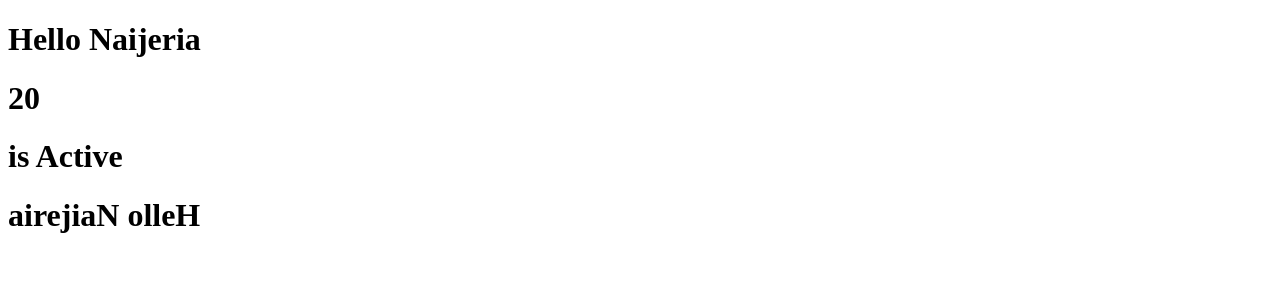
Repository: nashthecoder/vuebasics
Page: index.html
An editor plug-in stored every save of this project. The page is shown before and after the next save, followed by the edit.
The browser window is 1280 px wide. The pictures show the whole page.

Above is the page before, as saved 2021-01-05 15:26:17.

After the next save:
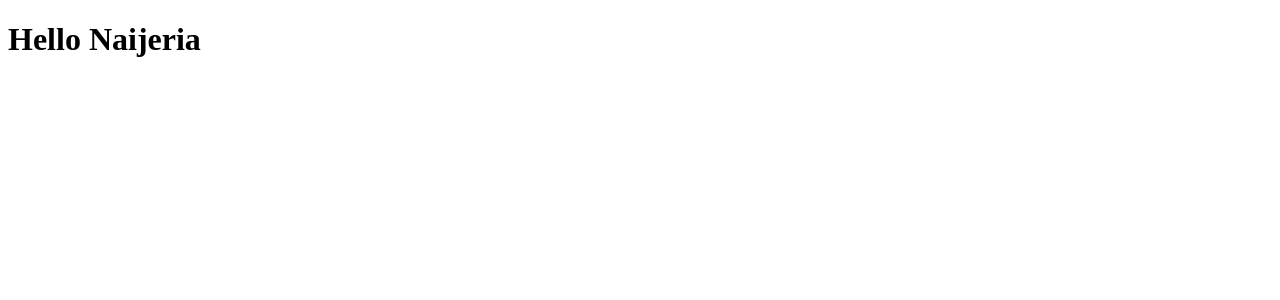
Saved 1 s later.
--- a/index.html
+++ b/index.html
@@ -6,9 +6,6 @@
 
 
   <h1>{{ message }}</h1>
-  <h1>{{ number + 10 }}</h1>
-  <h1>{{ isActive ? 'is Active' : 'is Not Active'}}</h1>
-  <h1>{{ message.split('').reverse('').join('')}}</h1>
 
 
 </div>
@@ -24,8 +21,7 @@
     data: {
 
       message: 'Hello Naijeria',
-      number: 10,
-      isActive: true
+
     }
 
   })
